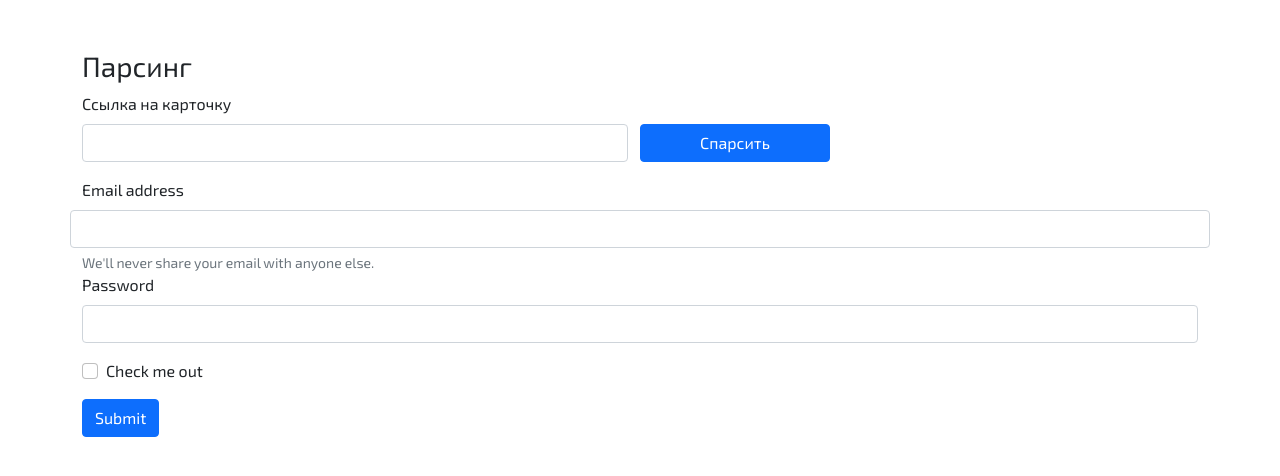
Repository: yozuul/wildberries-product-card-parser-api-exchange
Page: public/index.html
These files come from the project's save history. The page is drawn as it stood at one moment and after the next save; the edit follows.
The browser window is 1280 px wide. The pictures show the whole page.

Above is the page before, as saved 2021-08-18 19:57:38.

### public/index.html
<!DOCTYPE html>
<html lang="en">

<head>
   <meta charset="UTF-8">
   <meta http-equiv="X-UA-Compatible" content="IE=edge">
   <meta name="viewport" content="width=device-width, initial-scale=1.0">
   <title>Document</title>
   <link href="https://cdn.jsdelivr.net/npm/bootstrap@5.1.0/dist/css/bootstrap.min.css" rel="stylesheet" integrity="sha384-KyZXEAg3QhqLMpG8r+8fhAXLRk2vvoC2f3B09zVXn8CA5QIVfZOJ3BCsw2P0p/We" crossorigin="anonymous">
   <link rel="stylesheet" href="style.css">

</head>

<body>
   <div class="container">
      <form class="row parser_form_wrapper align-items-end">
            <div class="mb-3 col-6">
               <h3>Парсинг</h3>
               <label for="cardProductURL" class="form-label">Ссылка на карточку</label>
               <input type="text" class="form-control" id="cardProductURL">
            </div>
            <button type="submit" class="btn btn-primary mb-3 col-2">Спарсить</button>
          </form>
      </div>


    <form class="container">
       <div class="row">
         <label for="exampleInputEmail1" class="form-label">Email address</label>
         <input type="email" class="form-control" id="exampleInputEmail1" aria-describedby="emailHelp">
         <div id="emailHelp" class="form-text">We'll never share your email with anyone else.</div>
       </div>
       <div class="mb-3">
         <label for="exampleInputPassword1" class="form-label">Password</label>
         <input type="password" class="form-control" id="exampleInputPassword1">
       </div>
       <div class="mb-3 form-check">
         <input type="checkbox" class="form-check-input" id="exampleCheck1">
         <label class="form-check-label" for="exampleCheck1">Check me out</label>
       </div>
       <button type="submit" class="btn btn-primary">Submit</button>

       </div>
      <div class="mb-3">
    </form>

   <!-- <form class="productFormWrapper">
      <div class="productFormWrapperLeft productForm">
            <h3>Данные о товаре</h3>
            <div class="inputWrapper">
               <p>Название товара</p>
               <input type="text" name="productName" id="productName">
            </div>
            <div class="inputWrapper">
               <p>Описание товара</p>
               <textarea name="productDesc" id="productDesc"></textarea>
            </div>
            <div class="inputWrapper">
               <p>Бренд</p>
               <input type="text" name="productBrand" id="productBrand">
            </div>
            <div class="inputWrapper">
               <p>Цена</p>
               <input type="text" name="productPrice" id="productPrice">
            </div>
            <div class="inputWrapper">
               <p>Изображения</p>
            </div>
      </div>
      <div class="productFormWrapperRight productForm">
         <h3>Описание и характеристики</h3>
      </div>
   </form> -->
   <script src="index.js"></script>
</body>

</html>

### public/style.css
@import url('https://fonts.googleapis.com/css2?family=Exo+2&display=swap');

* {
   font-family: 'Exo 2', sans-serif;
}

body {
   padding: 0;
   margin: 0;
}

.parser_form_wrapper {
   margin-top: 50px;
}
/* .productFormWrapper, .parseFormWrapper {
   max-width: 1200px;
   margin: auto;
   padding-top: 25px;
   padding-bottom: 25px;
}
.parseFormWrapper {
   border-bottom: 1px dotted #9999;
}
.productFormWrapper {
   display: flex;
}
.productFormWrapperLeft {
   margin-right: 50px;
}
.parseForm {
   display: flex;
   flex-wrap: wrap;
   max-width: 550px;
}
.parseForm input {
   width: 550px;
   margin-bottom: 20px;
}
.productForm {
}
.productForm input, .productForm textarea {
   width: 550px;
}
.productForm textarea {
   height: 100px;
   resize: none;
}
.parseFormWrapper p, .productFormWrapper p {
   margin-bottom: 8px;
   margin-top: 0;
}
.inputWrapper {
   margin-bottom: 15px;
} */

Loaded but not shown: index.js (no copy from this time; the picture is the same without it)

After the next save:
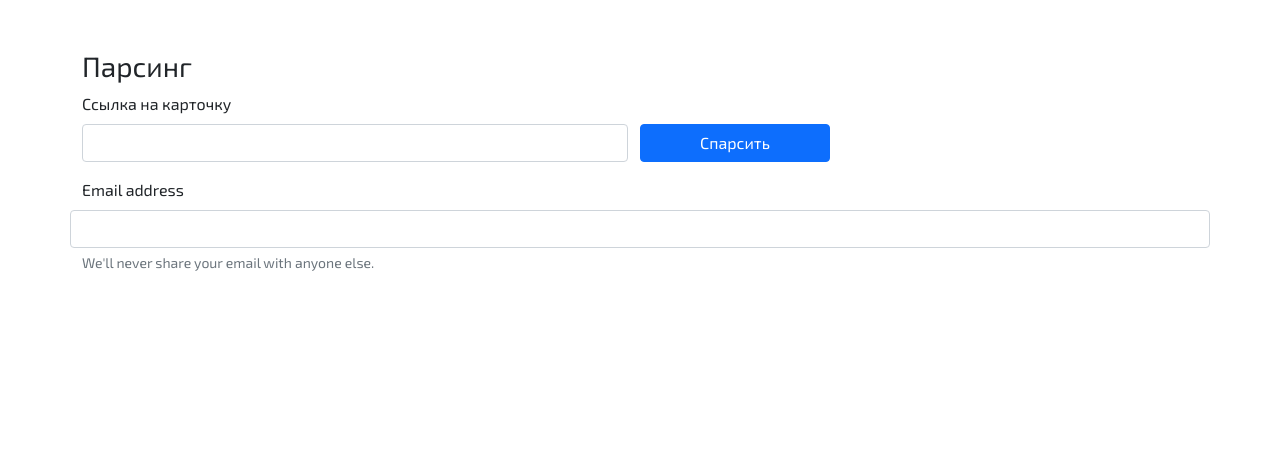
Saved 17 s later.
--- a/public/index.html
+++ b/public/index.html
@@ -30,18 +30,6 @@
          <input type="email" class="form-control" id="exampleInputEmail1" aria-describedby="emailHelp">
          <div id="emailHelp" class="form-text">We'll never share your email with anyone else.</div>
        </div>
-       <div class="mb-3">
-         <label for="exampleInputPassword1" class="form-label">Password</label>
-         <input type="password" class="form-control" id="exampleInputPassword1">
-       </div>
-       <div class="mb-3 form-check">
-         <input type="checkbox" class="form-check-input" id="exampleCheck1">
-         <label class="form-check-label" for="exampleCheck1">Check me out</label>
-       </div>
-       <button type="submit" class="btn btn-primary">Submit</button>
-
-       </div>
-      <div class="mb-3">
     </form>
 
    <!-- <form class="productFormWrapper">
